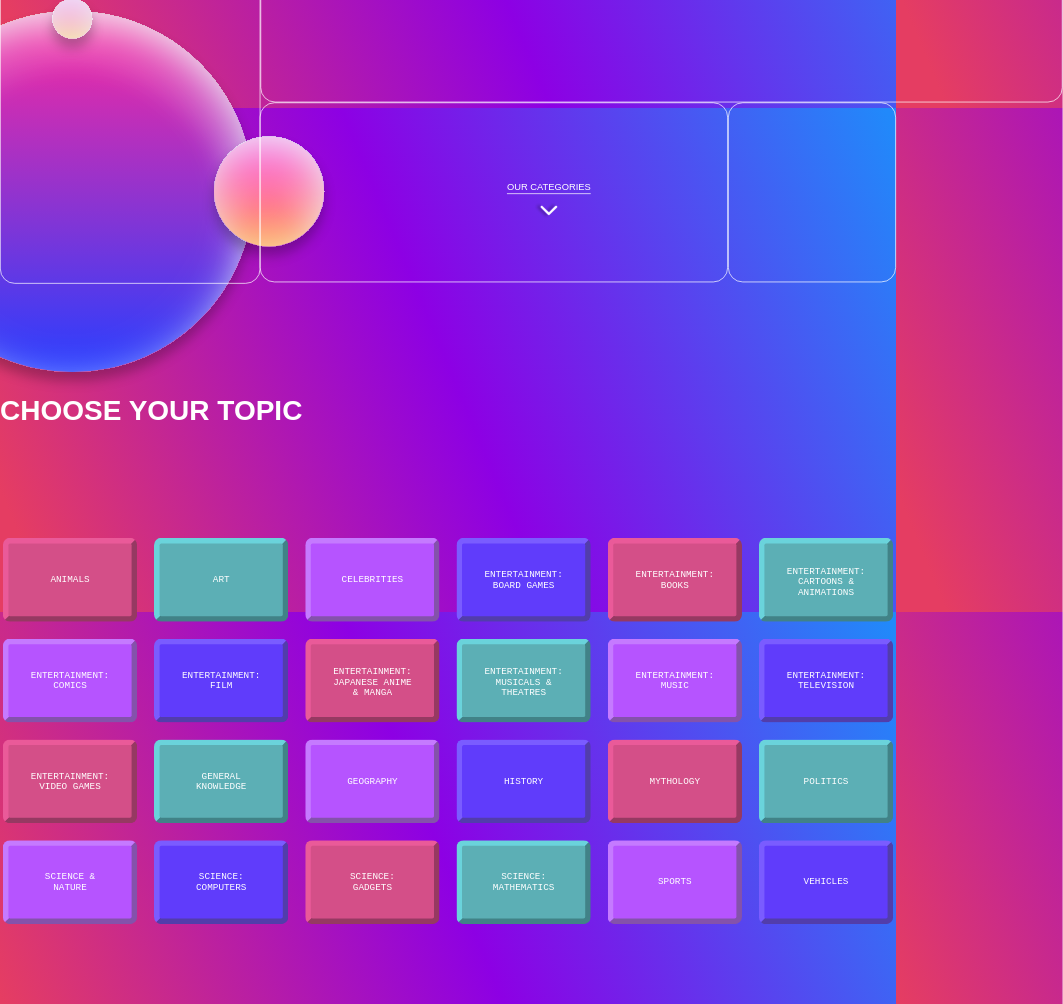
Repository: pjiang604/COMP-2170_Final-Project
Page: index.html
These files come from the project's save history. The page is drawn as it stood at one moment and after the next save; the edit follows.
The browser window is 1280 px wide. The page is 1518 px wide, so the pictures cover 1518 px, including what lies to the right of the window. The pictures show the part of the page from y = 566 to 2206 px (the page is 2000 px tall before and 2206 px after), at 70% of full size.
Backgrounds fixed to the window are drawn as part of the page.

Above is the page before, as saved 2023-04-30 13:31:44.

### index.html
<!DOCTYPE html>
<html lang="en">
  <head>
    <meta charset="UTF-8">
    <meta http-equiv="X-UA-Compatible" content="IE=edge">
    <meta name="viewport" content="width=device-width, initial-scale=1.0">
    <link rel="stylesheet" href="style.css">
    <title> Brain Picker </title>
    <script src="/easy.js"></script>
    <script src="/medium.js"></script>
    <script src="/hard.js"></script>
  </head>
  <body>
    <div class="container">
      <div class="graphic__left">
        <img class="bottom__left_sphere" src="/Assets/bg_graphics/bottom_left_sphere_group.svg" alt="">
        <img class="left__shooting_star" src="/Assets/bg_graphics/shooting_star_left.svg" alt="">
      </div>
      <div class="left__containers">
        <div class="left__container_top"></div>
        <div class="left__container_bottom"></div>
      </div>
      <div class="quiz__container">
        <div class="left__content">
          <h1> BRAIN PICKER </h1>
          <p> Explore your knowledge with our engaging and thought-provoking trivia questions covering various fascinating topics! </p>
        </div>
        <div class="right__content">
          <div class="graphics">
            <img class="shooting__star_top" src="/Assets/bg_graphics/shooting_star_alt.svg" alt="">
            <img class="top__right_sphere" src="/Assets/bg_graphics/top_right_sphere_group.svg" alt="">
            <img class="star__right" src="/Assets/bg_graphics/shooting_star_right.svg" alt="">
          </div>
          <div class="quiz__button">
            <a href="#">
              <button class="take__quiz_button"> TAKE OUR QUIZ </button>
              <img class="quiz__arrow" src="/Assets/buttons/arrow-head.svg" alt="">
            </a>
          </div>
        </div>
      </div>
    </div>
    <div class="bottom__containers">
      <div class="bottom__container_left">
        <a href="#">
          <button class="categories__button"> OUR CATEGORIES </button>
        </a>
        <img class="categories__arrow" src="/Assets/buttons/arrow-head.svg" alt="" width="30px">
      </div>
      <div class="bottom__container_right"></div>
    </div>

    <div class="categories__section">
      <h1 class="topics_header">CHOOSE YOUR TOPIC</h1>

      <div class="categories_container">
        <button class='topic_button1' id="animals">animals</button>
        <button class='topic_button2' id="art">art</button>
        <button class='topic_button3' id="celebrities">celebrities</button>
        <button class='topic_button4' id="board_games">entertainment: board games</button>
        <button class='topic_button1' id="books">entertainment: books</button>
        <button class='topic_button2' id="cartoons_animations">entertainment: cartoons & animations</button>
        <button class='topic_button3' id="comics">entertainment: comics</button>
        <button class='topic_button4' id="film">entertainment: film</button>
        <button class='topic_button1' id="japanese_anime">entertainment: japanese anime & manga</button>
        <button class='topic_button2' id="musicals_theatre">entertainment: musicals & theatres</button>
        <button class='topic_button3' id="music">entertainment: music</button>
        <button class='topic_button4' id="television">entertainment: television</button>
        <button class='topic_button1' id="video_games">entertainment: video games</button>
        <button class='topic_button2' id="general_knwoledge">general knowledge</button>
        <button class='topic_button3' id="geography">geography</button>
        <button class='topic_button4' id="history">history</button>
        <button class='topic_button1' id="mythology">mythology</button>
        <button class='topic_button2' id="politics">politics</button>
        <button class='topic_button3' id="science_nature">science & nature</button>
        <button class='topic_button4' id="computers">science: computers</button>
        <button class='topic_button1' id="gadgets">science: gadgets </button>
        <button class='topic_button2' id="mathematics">science: mathematics</button>
        <button class='topic_button3' id="sports">sports</button>
        <button class='topic_button4' id="vehicles">vehicles</button>
      </div>
    </div>

  </body>
</html>

### style.css
:root {
	--primary-font: Arial, Helvetica, sans-serif;
	--secondary-font: 'Courier New', Courier, monospace;
	--font-weight-general: normal;
	--font-weight-light: 100;
	--font-weight-bold: bold;
	--font-size-body: 12pt;
	--font-size-heading: 30pt;
	--font-size-sub-heading: 22pt;

	--white: #fff;
	--black: #000000;
	--crimson: #d44f88;
	--crimson-2:#ea5a99;
	--teal:#5CAFB5;
	--teal-2:#6ad3db;
	--indigo:#603CFB;
	--indigo-2:#7a5cff;
	--purple: #B654FF;
	--purple-2:#c57aff;
}

h1 {
	font-size: var(--font-size-heading);
	font-weight: var(--font-weight-bold);
	font-family: var(--primary-font);
}

h2 {
	font-size: var(--font-size-sub-heading);
	font-weight: var(--font-weight-bold);
	font-family: var(--primary-font);
}

p {
	font-size: var(--font-size-body);
	font-weight: var(--font-weight-general);
	font-family: var(--primary-font);
}

* {
	margin: 0;
}

body {
	/* Linear gradient bg */
	background: linear-gradient(247.38deg, #2189FA 0.96%, #8D00E4 50.19%, #E53D62 95.42%);
	min-height: 2000px;
	background-attachment: fixed;
	background-position: center;
	background-repeat: no-repeat;
	background-size: cover;
	max-width: 100%;
}

/**Main container**/
.container {
	display: flex;
}

.bottom__left_sphere {
	position: absolute;
	width: 30rem;
	top: 35rem;
	z-index: -1;
}

.left__shooting_star {
	width: 17rem;
	position: absolute;
	top: 21rem;
}

/**Left containers**/
.left__container_top {
	box-sizing: border-box;
	display: flex;
	width: 372px;
	height: 334px;
	border: 0.25px solid #FFFFFF;
	border-radius: 21px;
}

.left__container_bottom {
	box-sizing: border-box;
	display: flex;
	width: 372px;
	height: 637px;
	border: 0.25px solid #FFFFFF;
	border-radius: 21px;
}

/**Bottom containers**/
.bottom__containers {
	display: flex;
	margin-top: -16.2rem;
	/* justify-content: end; */
	padding-left: 23.2rem;
}

.bottom__container_left {
	box-sizing: border-box;
	display: flex;
	width: 52.8rem;
	height: 257px;
	border: 0.25px solid #FFFFFF;
	border-radius: 21px;
}

.bottom__container_right {
	box-sizing: border-box;
	display: flex;
	width: 303px;
	height: 257px;
	border: 0.25px solid #FFFFFF;
	border-radius: 21px;
}

/**Quiz Section**/
.quiz__container {
	box-sizing: border-box;
	display: flex;
	width: 71.6rem;
	height: 44.5rem;
	border: 0.15px solid #FFFFFF;
	border-radius: 21px;
}

.shooting__star_top {
	position: absolute;
	right: 32rem;
	top: 2rem;
}

.top__right_sphere {
	display: flex;
	justify-content: end;
}

.star__right {
	display: flex;
	position: relative;
	float: right;
	bottom: 8rem;
}

.left__content {
	color: var(--white);
	width: 40rem;
	padding-left: 2.5rem;
	padding-top: 28rem;
}

.take__quiz_button {
	border: none;
	text-decoration: underline;
	text-underline-offset: 5px;
	color: var(--white);
	background: none;
	padding-left: 11rem;
	cursor: pointer;
}

.quiz__button>a {
	text-decoration: none;
}


.categories__button {
	border: none;
	text-decoration: underline;
	text-underline-offset: 5px;
	color: var(--white);
	background: none;
	padding-left: 22rem;
	padding-top: 7rem;
	cursor: pointer;
}

.categories__arrow {
	rotate: 90deg;
	margin-top: 2.5rem;
	position: absolute;
	left: 48rem;
	top: 50.5rem;
}

.bottom__container_left>a {
	text-decoration: none;
}


/** Topics Section **/
.categories__section{
	display: flex;
	flex-direction: column;
	align-items: left;
	justify-content: center;
	margin-top: 10rem;
}
.topics_header{
	color: var(--white);
}

.categories_container{
	font-family: var(--secondary-font);
	display: grid;
	grid-template-columns: 12rem 12rem 12rem 12rem 12rem 12rem;
	gap: 1.5rem;
	align-items: center;
	justify-content: center;
	padding-top: 10rem;
}

.topic_button1{
	font-family: var(--secondary-font);
	border-width: .5rem;
	height: 7.5rem;
    color: var(--white);
    border-radius: 0.656rem;
    background-color: var(--crimson);
    border-color: var(--crimson-2);
	padding: 2rem;
	text-transform: uppercase;

}

.topic_button2{
	font-family: var(--secondary-font);
	background-color: var(--teal);
	height: 7.5rem;
	color: var(--white);
	border-radius: 0.656rem;
	border-color: var(--teal-2);
	border-width: .5rem;
	text-transform: uppercase;
	padding: 2rem;
}
.topic_button3{
	font-family: var(--secondary-font);
	background-color:var(--purple);
	height: 7.5rem;
	color: var(--white);
	border-radius: 0.656rem;
	border-color:var(--purple-2);
	border-width: .5rem;
	text-transform: uppercase;
	padding: 2rem;
}
.topic_button4{
	font-family: var(--secondary-font);
	background-color:var(--indigo);
	height: 7.5rem;
	color: var(--white);
	border-radius: 0.656rem;
	border-color: var(--indigo-2);
	border-width: .5rem;
	text-transform: uppercase;
	padding: 2rem;
}

Loaded but not shown: easy.js (no stored copy; drawn as an empty file); medium.js (no stored copy; drawn as an empty file); hard.js (no stored copy; drawn as an empty file)

After the next save:
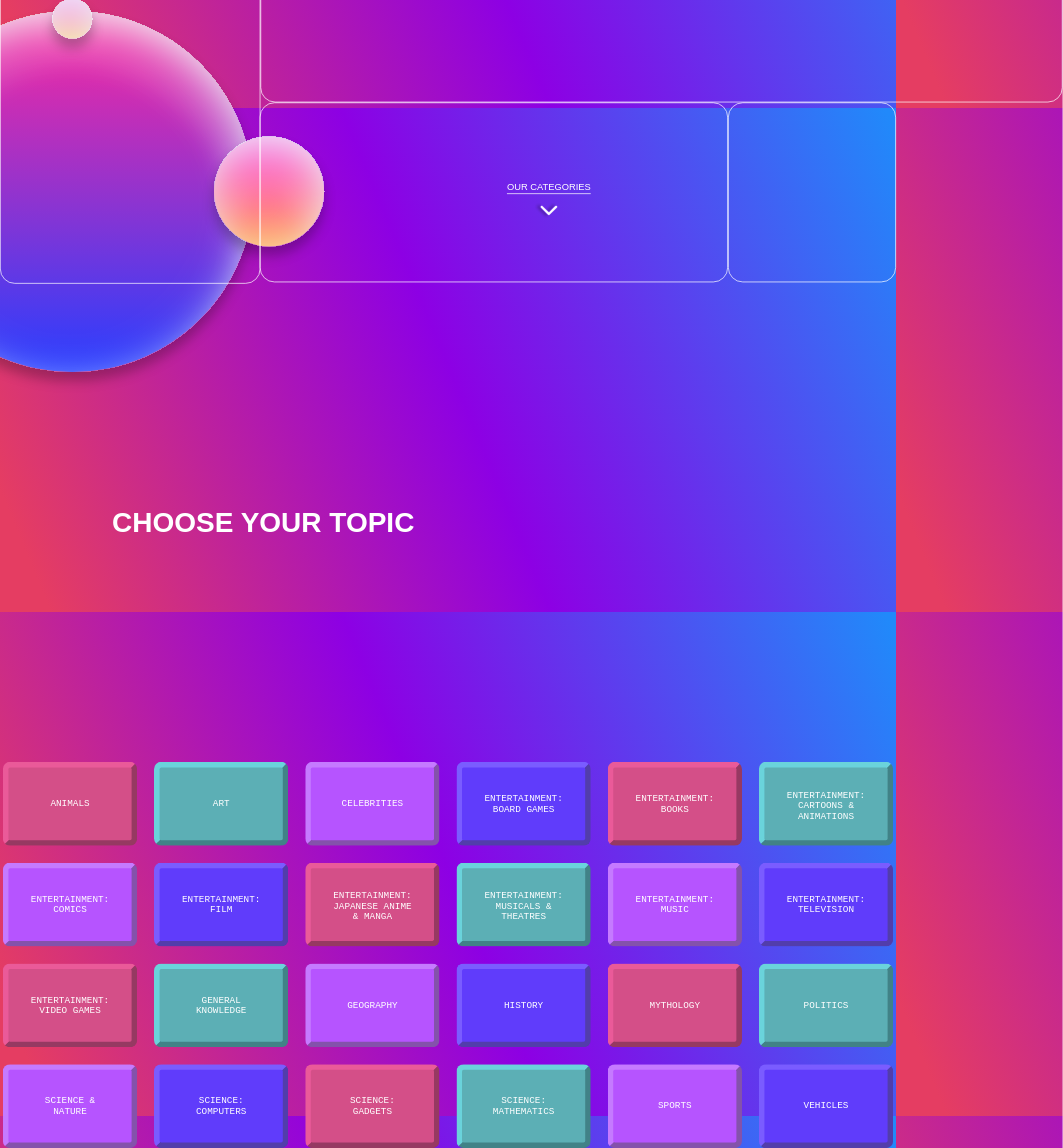
Saved 11 s later.
--- a/style.css
+++ b/style.css
@@ -200,6 +200,7 @@
 }
 .topics_header{
 	color: var(--white);
+	margin: 10rem;
 }
 
 .categories_container{

After the save that followed:
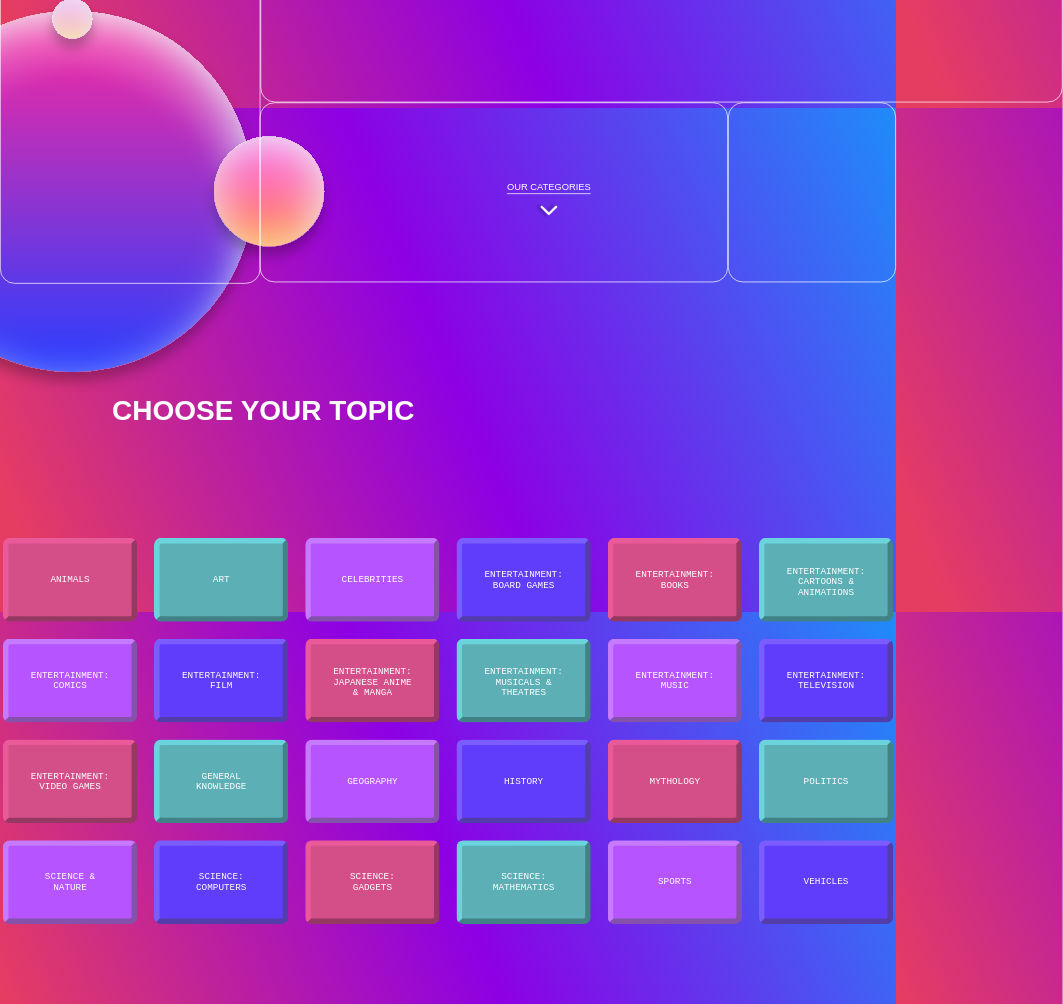
Saved 7 s later.
--- a/style.css
+++ b/style.css
@@ -200,7 +200,7 @@
 }
 .topics_header{
 	color: var(--white);
-	margin: 10rem;
+	margin-left: 10rem;
 }
 
 .categories_container{
